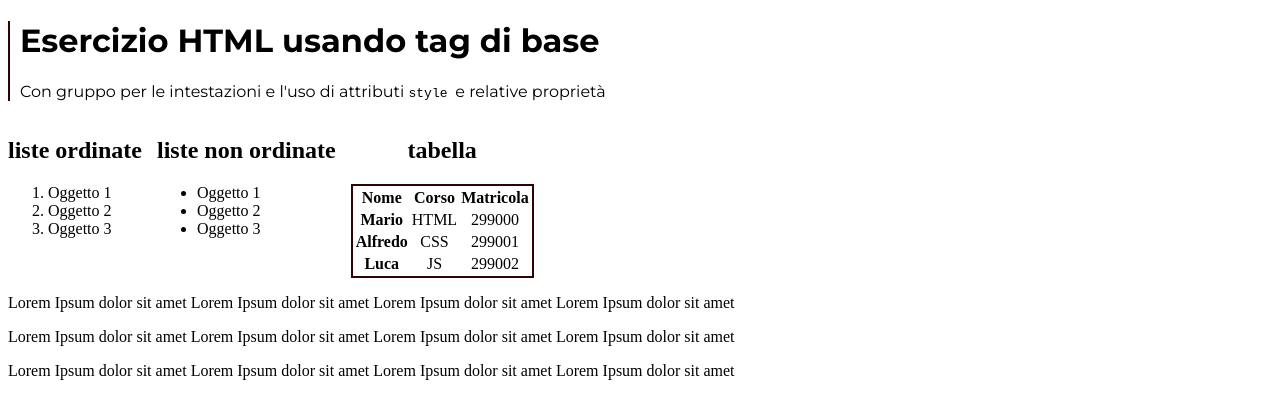
Repository: CryptoFamilyNFT/develhope
Page: html/secondo.html
These files come from the project's save history. The page is drawn as it stood at one moment and after the next save; the edit follows.
The browser window is 1280 px wide. The pictures show the whole page.

Above is the page before, as saved 2024-10-29 19:42:16.

### html/secondo.html
<!DOCTYPE html>
<html lang="en">

<head>
    <meta http-equiv="X-UA-Compatible" content="IE=edge">
    <meta property="og:title" content="Esercizio">
    <meta property="og:description" content="Metadata per esercizio numero 2">

    <link rel="apple-touch-icon" sizes="180x180" href="../favicon/apple-touch-icon.png">
    <link rel="icon" type="image/png" sizes="32x32" href="../favicon/favicon-32x32.png">
    <link rel="icon" type="image/png" sizes="16x16" href="../favicon/favicon-16x16.png">

    <link rel="preconnect" href="https://fonts.googleapis.com">
    <link rel="preconnect" href="https://fonts.gstatic.com" crossorigin>
    <link href="https://fonts.googleapis.com/css2?family=Montserrat:ital,wght@0,100..900;1,100..900&display=swap"
        rel="stylesheet">

    <meta charset="UTF-8">
    <meta name="viewport" content="width=device-width, initial-scale=1.0">
    <meta name="author" content="Giuseppe Di Loreto">
    <meta description="Descrizione secondo esercizio develhope">
    <title>Esercizio 2</title>
</head>

<body>
    <header>
        <hgroup style="font-family: Montserrat; border-left: 2px solid #320202; padding-left: 10px;">
            <h1>
                Esercizio HTML usando tag di base
            </h1>
            <p>
                Con gruppo per le intestazioni e l'uso di attributi <code> style </code> e relative proprietà
            </p>
        </hgroup>
    </header>

    <main>
        <div style="display: flex; flex-direction: row; gap: 15px">
            <div>
                <h2>liste ordinate</h2>
                <ol>
                    <li>Oggetto 1</li>
                    <li>Oggetto 2</li>
                    <li>Oggetto 3</li>
                </ol>
            </div>

            <div>
                <h2>liste non ordinate</h2>
                <ul>
                    <li>Oggetto 1</li>
                    <li>Oggetto 2</li>
                    <li>Oggetto 3</li>
                </ul>
            </div>

            <div style="text-align: center;">
                <h2>tabella</h2>
                <table style="border: 2px solid #320202;">
                    <thead>
                        <th scope="col">
                            Nome
                        </th>
                        <th scope="col">
                            Corso
                        </th>
                        <th scope="col">
                            Matricola
                        </th>
                    </thead>
                    <tbody>
                        <tr>
                            <th scope="row">Mario</th>
                            <td>HTML</td>
                            <td>299000</td>
                        </tr>
                        <tr>
                            <th scope="row">Alfredo</th>
                            <td>CSS</td>
                            <td>299001</td>
                        </tr>
                        <tr>
                            <th scope="row">Luca</th>
                            <td>JS</td>
                            <td>299002</td>
                        </tr>
                    </tbody>
                </table>
            </div>
        </div>
        <div>
            <p>
                Lorem Ipsum dolor sit amet Lorem Ipsum dolor sit amet Lorem Ipsum dolor sit amet Lorem Ipsum dolor sit
                amet
            </p>
            <aside>
                <p>
                    Lorem Ipsum dolor sit amet Lorem Ipsum dolor sit amet Lorem Ipsum dolor sit amet Lorem Ipsum dolor
                    sit amet
                </p>
            </aside>
            <p>
                Lorem Ipsum dolor sit amet Lorem Ipsum dolor sit amet Lorem Ipsum dolor sit amet Lorem Ipsum dolor
                sit amet
            </p>
        </div>
    </main>

    <footer>

    </footer>

</body>

</html>

After the next save:
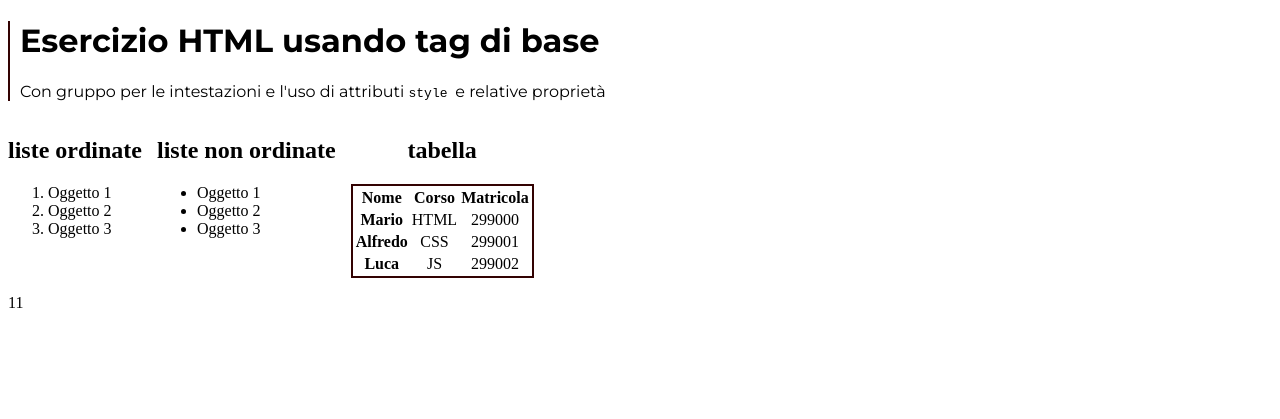
Saved 109 s later.
--- a/html/secondo.html
+++ b/html/secondo.html
@@ -88,21 +88,9 @@
                 </table>
             </div>
         </div>
-        <div>
-            <p>
-                Lorem Ipsum dolor sit amet Lorem Ipsum dolor sit amet Lorem Ipsum dolor sit amet Lorem Ipsum dolor sit
-                amet
-            </p>
-            <aside>
-                <p>
-                    Lorem Ipsum dolor sit amet Lorem Ipsum dolor sit amet Lorem Ipsum dolor sit amet Lorem Ipsum dolor
-                    sit amet
-                </p>
-            </aside>
-            <p>
-                Lorem Ipsum dolor sit amet Lorem Ipsum dolor sit amet Lorem Ipsum dolor sit amet Lorem Ipsum dolor
-                sit amet
-            </p>
+        <div style="columns: 5;">
+            <p>11</p>
+            <p11></p11>
         </div>
     </main>
 
